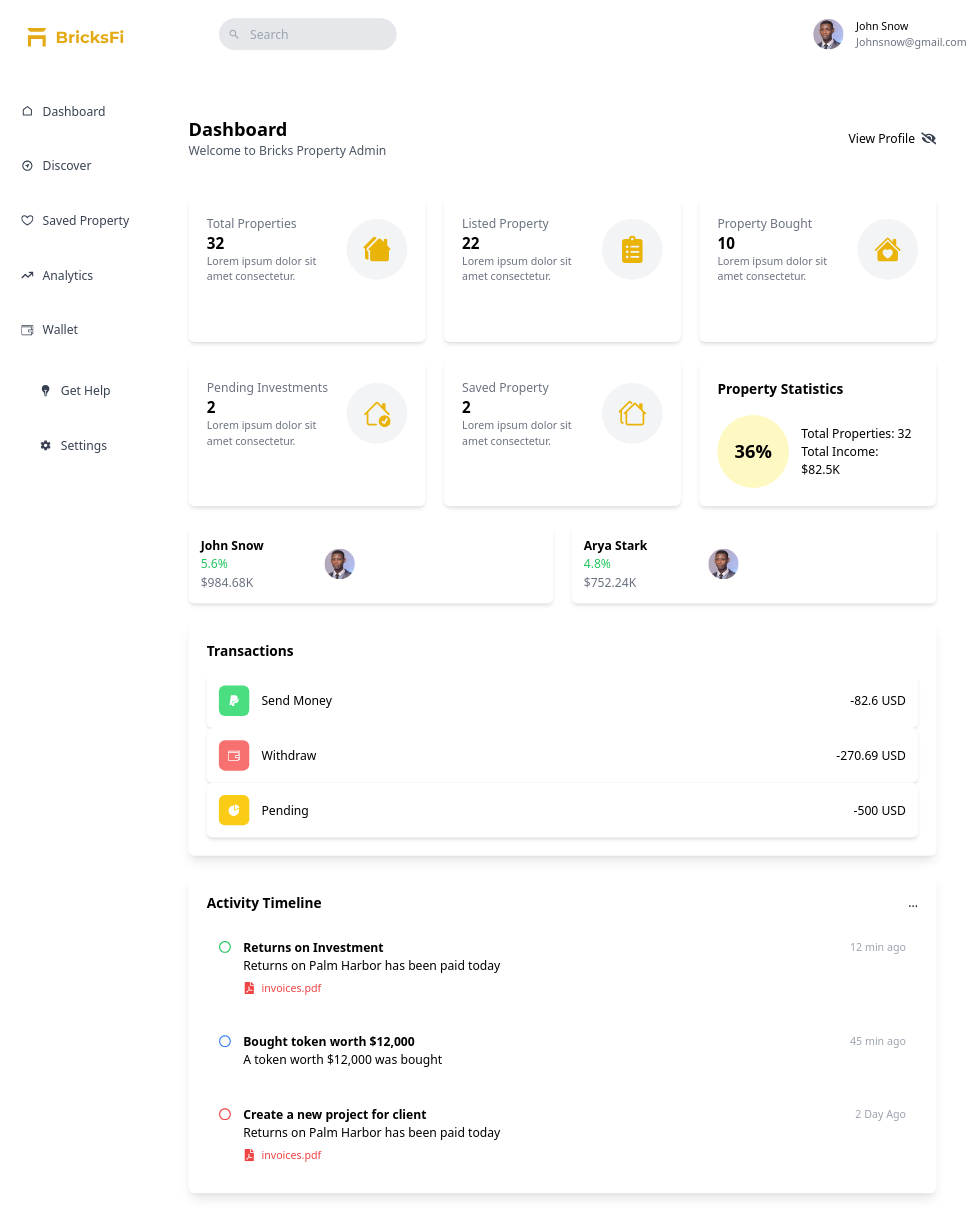
Repository: AyomideAkintade/BricksFi-Frontend
Page: /dashboard (app in client/)
The author's editor kept a copy of each file at every save. The page is drawn from the files as they stood at one save, then again after the next save.
The browser window is 1280 px wide. The pictures show the whole page, at 76% of full size.
The page's requests for data from a server got no answer. The project was rebuilt for these pictures with package versions that can differ from the ones it lists, and the page was loaded fresh each time. No one was signed in, and anything a server would have sent is missing. Also part of the build but not shown: client/src/components/navbar.jsx, client/src/components/home.jsx, client/src/components/homeSecond.jsx, client/src/components/homeThird.jsx, client/src/components/homeFifth.jsx, client/src/components/homeSixth.jsx, client/src/components/homeSeventh.jsx, client/src/api/base.js and 11 more.

Above is the page before, as saved 2024-10-04 23:12:19.

After the next save:
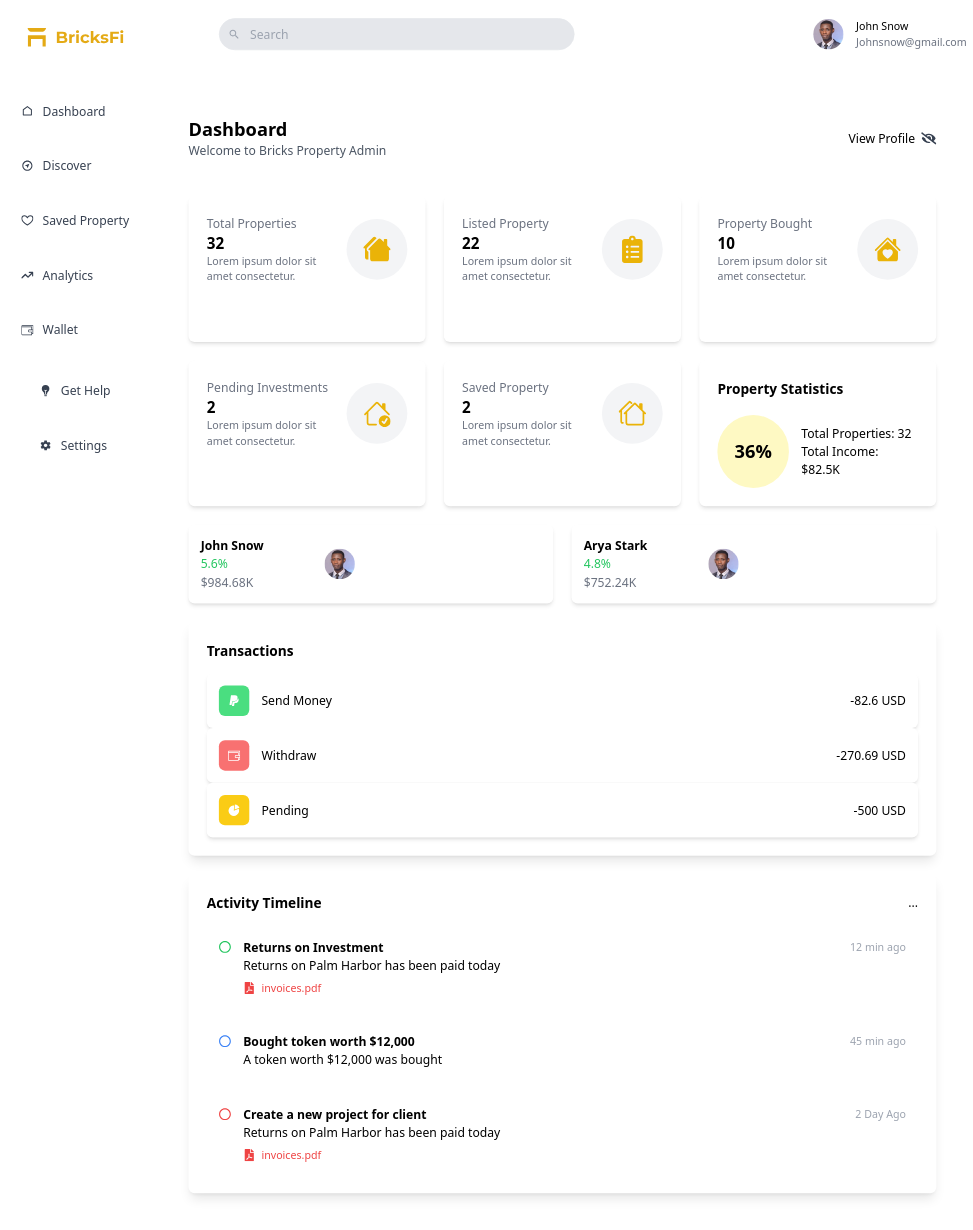
Saved 8 s later.
--- a/client/src/components/header.jsx
+++ b/client/src/components/header.jsx
@@ -8,7 +8,7 @@ const Header = () => {
     <div className="w-full flex justify-between items-center p-6 bg-white sticky top-0 z-50" >
       {/* style={{boxShadow: "1px 1px 20px -8px #0000001A"}} */}
       <div className='px-16 w-full'>
-      <div className="relative w-1/3">
+      <div className="relative w-2/3">
         <input
           type="text"
           placeholder="Search"
